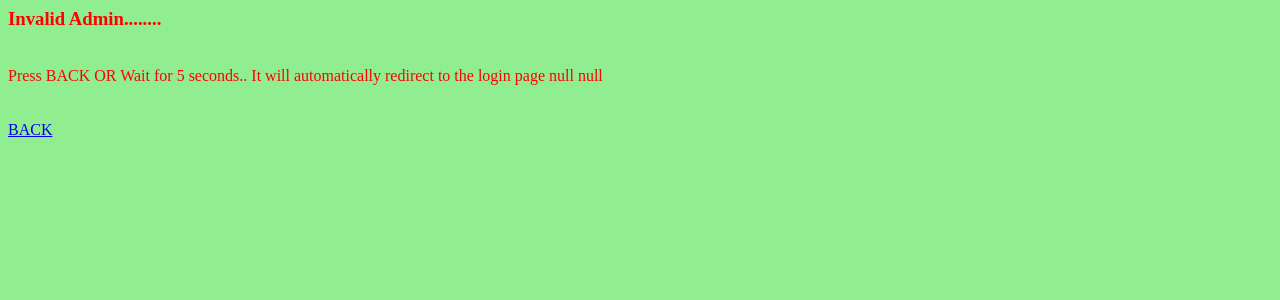
Repository: subhamsourabh265/collegeProjects
Page: http://localhost/OnlineBankingSystems/admlog1.jsp
The author's editor kept a copy of each file at every save. The page is drawn from the files as they stood at one save, then again after the next save.
The browser window is 1280 px wide. The pictures show the whole page.
The page is served by Tomcat 9. Other server files are loaded and not shown. Queries for data that is not in the repository find no rows.

Above is the page before, as saved 2015-11-30 07:36:24.

### OnlineBankingSystems/WebContent/admlog1.jsp
<%@ page language="java" contentType="text/html; charset=ISO-8859-1"
    pageEncoding="ISO-8859-1"%>

<%@ include file="connect1.jsp"%>
<%@ page import="java.io.IOException, java.io.PrintWriter, java.sql.*" %>

<!DOCTYPE html PUBLIC "-//W3C//DTD HTML 4.01 Transitional//EN" "http://www.w3.org/TR/html4/loose.dtd">
<html>
<head>
<meta http-equiv="Content-Type" content="text/html; charset=ISO-8859-1">
<title>Administrator Login</title>
</head>
<body style="background-color:lightgreen ">
<%
try {
// Admin login
	  PrintWriter pw=response.getWriter();

	  // Session to accept the values
	  String id=(String)session.getAttribute("id");
	  String password=(String)session.getAttribute("password");

	   out.println(id);
	 out.println(password);

	  PreparedStatement pst = conn.prepareStatement("select * from ADMIN where id='"+id+"' and password='"+password+"'");
	 // out.println("select * from admin_log where admin_id='"+uid+"' and
     // admin_pass='"+pass+"'");
	  ResultSet rs=pst.executeQuery();
  	  if (rs.next())// && user.equals("admin"))
  	  {
	 	pw.println("<html><body><h3>");
	  	pw.println(" Welcome Admin");
	  	pw.println("</h3></body></html>");
  	  }
// invalid admin

else
	  {
pw.println("<html><body text=\"red\">");
		pw.println("<h3>Invalid Admin........</h3>");
		pw.println("<br>Press BACK OR Wait for 5 seconds.. It will automatically redirect to the login page");
        pw.println("</body></html>");
	}
}
catch(Exception e) {

}
%>
<br><br><br>
<a href="mylogin.html">BACK</a>
</body>
</html>

### OnlineBankingSystems/WebContent/connect1.jsp
<%@ page language="java" contentType="text/html; charset=ISO-8859-1"
    pageEncoding="ISO-8859-1"%>
<!DOCTYPE html PUBLIC "-//W3C//DTD HTML 4.01 Transitional//EN" "http://www.w3.org/TR/html4/loose.dtd">
<html>
<head>
<body>
<%@ page import="java.sql.*" %>
	<%! Connection conn=null;%>
	<%
	try{
		Class.forName("oracle.jdbc.driver.OracleDriver");
		conn = DriverManager.getConnection("jdbc:oracle:thin:@localhost:1521:XE","system","sourabh");
		System.out.println("driver  found");
	}
	catch(Exception e) {
System.out.println("driver not found");
}
	%>
</body>
</html>

After the next save:
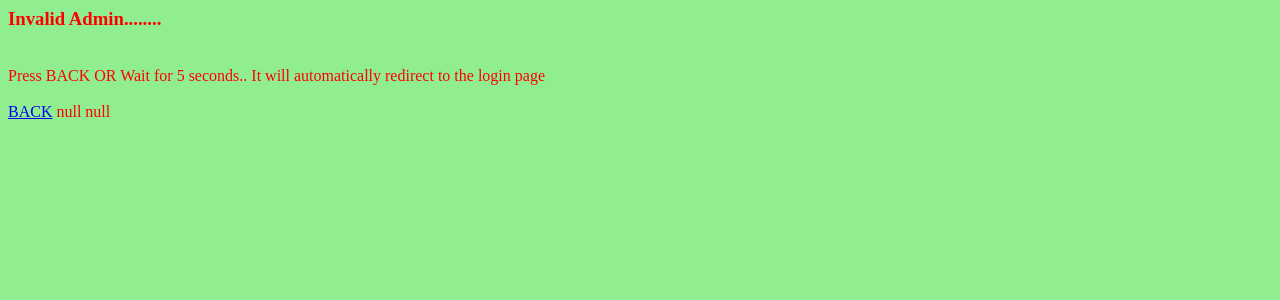
Saved 108 s later.
--- a/OnlineBankingSystems/WebContent/admlog1.jsp
+++ b/OnlineBankingSystems/WebContent/admlog1.jsp
@@ -40,6 +40,8 @@
 pw.println("<html><body text=\"red\">");
 		pw.println("<h3>Invalid Admin........</h3>");
 		pw.println("<br>Press BACK OR Wait for 5 seconds.. It will automatically redirect to the login page");
+  		//response.setHeader("Refresh","5;url=mylogin.html");
+  		pw.println("<br><br><a href=\"mylogin.html\">BACK</a>");
         pw.println("</body></html>");
 	}
 }
@@ -47,7 +49,5 @@
 
 }
 %>
-<br><br><br>
-<a href="mylogin.html">BACK</a>
 </body>
 </html>
